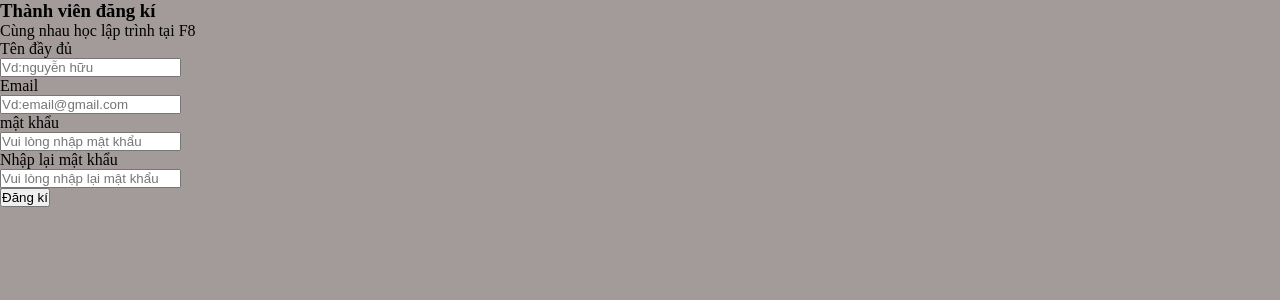
Repository: HuunvDev/Validator
Page: index.html
The author's editor kept a copy of each file at every save. The page is drawn from the files as they stood at one save, then again after the next save.
The browser window is 1280 px wide. The pictures show the whole page.

Above is the page before, as saved 2022-08-20 09:04:16.

After the next save:
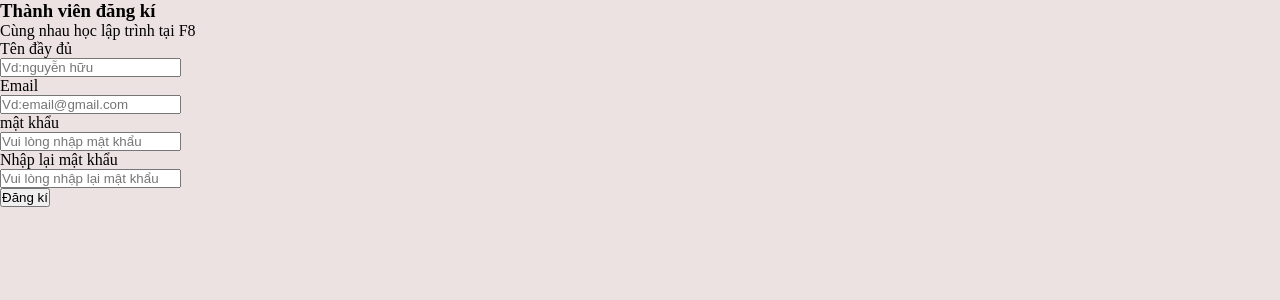
Saved 12 s later.
--- a/style.css
+++ b/style.css
@@ -5,5 +5,5 @@
     overflow: hidden;
 }
 body{
-    background-color:rgb(163, 154, 154);
+    background-color:rgb(237, 226, 226);
 }
